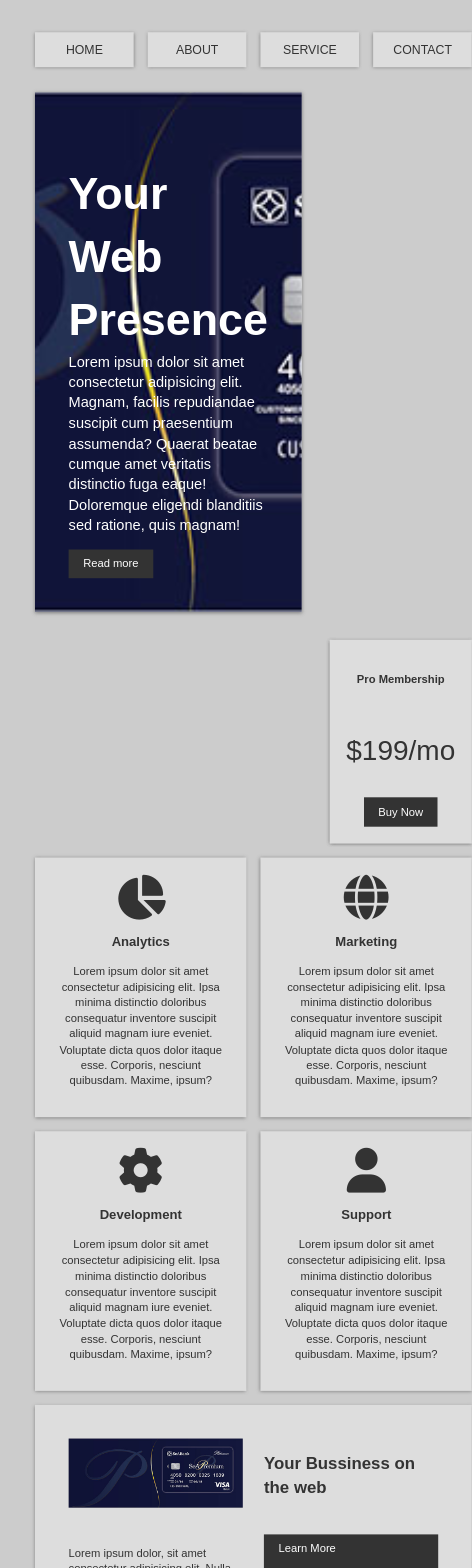
Repository: 1813404040072/grid-demo
Page: index.html
These files come from the project's save history. The page is drawn as it stood at one moment and after a run of saves; the edit follows.
The browser window is 600 px wide. The page is 674 px wide, then 600 px, so the pictures cover 674 px, including what lies to the right of the window. The pictures show the part of the page from y = 0 to 2240 px (the page is 3194 px tall before and 3663 px after), at 70% of full size.
Some web libraries are served in a nearby version.

Above is the page before, as saved 2019-12-25 01:18:43.

### index.html
<!DOCTYPE html>
<html lang="en">
<head>
    <meta charset="UTF-8">
    <meta name="viewport" content="width=device-width, initial-scale=1.0">
    <meta http-equiv="X-UA-Compatible" content="ie=edge">
    <title>GridBiz</title>
    <script src="https://kit.fontawesome.com/a076d05399.js"></script>
    <link rel="stylesheet" href="style.css"/>
</head>
<body>
    <div class="wrapper">
        <!-- Navigation -->
        <nav class="main-nav">
            <ul>
                <li><a href="#">Home</a></li>
                <li><a href="#">About</a></li>
                <li><a href="#">Service</a></li>
                <li><a href="#">Contact</a></li>
            </ul>
        </nav>
        <!-- Top container -->
        <section class="top-container">
            <header class="showcase">
                <h1>Your Web Presence</h1>
                <p>Lorem ipsum dolor sit amet consectetur adipisicing elit. Magnam, facilis repudiandae suscipit cum praesentium assumenda? Quaerat beatae cumque amet veritatis distinctio fuga eaque! Doloremque eligendi blanditiis sed ratione, quis magnam!</p>
                <a href="#" class="btn">Read more</a>
            </header>
            <div class="top-box top-box-a">
                <h4>Membership</h4>
                <p class="price">$199/mo</p>
                <a href="#"class="btn">Buy Now</a>
            </div>
            <div class="top-box top-box-b">
                <h4>Pro Membership</h4>
                <p class="price">$199/mo</p>
                <a href="#"class="btn">Buy Now</a>
            </div>
        </section>

        <!-- Boxes Section -->
        <section class="boxes">
            <div class="box">
                <i class="fas fa-chart-pie fa-4x"></i>
                <h3>Analytics</h3>
                <p>
                    Lorem ipsum dolor sit amet consectetur adipisicing elit. Ipsa minima distinctio doloribus consequatur inventore suscipit aliquid magnam iure eveniet. Voluptate dicta quos dolor itaque esse. Corporis, nesciunt quibusdam. Maxime, ipsum?
                </p>
            </div>
            <div class="box">
                <i class="fas fa-globe fa-4x"></i>
                <h3>Marketing</h3>
                <p>
                    Lorem ipsum dolor sit amet consectetur adipisicing elit. Ipsa minima distinctio doloribus consequatur inventore suscipit aliquid magnam iure eveniet. Voluptate dicta quos dolor itaque esse. Corporis, nesciunt quibusdam. Maxime, ipsum?
                </p>
            </div>
            <div class="box">
                <i class="fas fa-cog fa-4x"></i>
                <h3>Development</h3>
                <p>
                    Lorem ipsum dolor sit amet consectetur adipisicing elit. Ipsa minima distinctio doloribus consequatur inventore suscipit aliquid magnam iure eveniet. Voluptate dicta quos dolor itaque esse. Corporis, nesciunt quibusdam. Maxime, ipsum?
                </p>
            </div>
            <div class="box">
                <i class="fas fa-user fa-4x"></i>
                <h3>Support</h3>
                <p>
                    Lorem ipsum dolor sit amet consectetur adipisicing elit. Ipsa minima distinctio doloribus consequatur inventore suscipit aliquid magnam iure eveniet. Voluptate dicta quos dolor itaque esse. Corporis, nesciunt quibusdam. Maxime, ipsum?
                </p>
            </div>
        </section>
        <!-- Info Section -->
        <section class="info">
            <img src="img/pic1.jpg" alt="">
            <h2>Your Bussiness on the web</h2>
            <p>Lorem ipsum dolor, sit amet consectetur adipisicing elit. Nulla dolore ipsum hic maxime laboriosam accusantium quisquam blanditiis ipsa incidunt possimus! Id distinctio optio vitae consequuntur iste mollitia esse nisi eius?</p>
            <a href="#" class="btn">Learn More</a>
        </section>


        <!-- Portfolio -->
        <section class="portfolio">
            <img src="https://source.unsplash.com/random/200x200" alt="">
            <img src="https://source.unsplash.com/random/200x200" alt="">
            <img src="https://source.unsplash.com/random/200x200" alt="">
            <img src="https://source.unsplash.com/random/200x200" alt="">
            <img src="https://source.unsplash.com/random/200x200" alt="">
            <img src="https://source.unsplash.com/random/200x200" alt="">
            <img src="https://source.unsplash.com/random/200x200" alt="">
            <img src="https://source.unsplash.com/random/200x200" alt="">
            <img src="https://source.unsplash.com/random/200x200" alt="">
        </section>

        <!-- Footer -->
        <footer>
            <p>GridBiz &copy; 2019</p>
        </footer>

    </div>
    <!-- wrapper Ends -->

</body>
</html>

### style.css
/* CSS Variables */
:root {
    --primary: #ddd;
    --dark: #333;
    --light: #fff;
    --shadow: 0 1px 5px rgba(104, 104, 104, 0.8);
}

html{
    box-sizing: border-box;
    font-family: Arial, Helvetica, sans-serif;
    color: var(--dark);
}

body {
    background: #ccc;
    margin: 30px 50px;
    line-height: 1.4;
}

.btn {
    background-color: var(--dark);
    color: var(--light);
    padding: 0.6rem 1.3rem;
    text-decoration: none;
    border: 0;
}

img {
    max-width: 100%;
}

.wrapper {
    display: grid;
    grid-gap: 20px;
}


/* Mavigation */
.main-nav ul {
    display: grid;
    grid-gap: 20px;
    padding: 0;
    list-style: none;
    grid-template-columns: repeat(4, 1fr);
}

.main-nav a{
    background: var(--primary);
    display: block;
    text-decoration: none;
    padding: 0.8rem;
    text-align: center;
    color: var(--dark);
    text-transform: uppercase;
    font-size: 1.1rem;
    box-shadow: var(--shadow);
}

.main-nav a:hover {
    background: var(--dark);
    color: var(--light);
}

/* Top Container */
.top-container{
    display: grid;
    grid-gap: 20px;
    grid-template-areas:
        'showcase showcase top-box-a'
        'showcase showcase top-box-b';
}

/* Showcase */
.showcase {
    grid-area: showcase;
    min-height: 400px;
    background:url(img/pic1.jpg);
    background-size: cover;
    background-position: center;
    padding:  3rem;
    display: flex;
    flex-direction: column;
    align-items: start;
    justify-content: center;
    box-shadow: var(--shadow);
}

.showcase p {
    font-size: 1.3rem;
    margin-top: 0;
    color: var(--light);
}

.showcase h1{
    font-size: 4rem;
    margin-bottom: 0;
    color: var(--light);
}

/* Top Box */
.top-box {
    background: var(--primary);
    display: grid;
    align-items: center;
    justify-items: center;
    box-shadow: var(--shadow);
    padding: 1.5rem;
}

.top-box .price {
    font-size: 2.5rem;
}

.top-box-a {
    grid-area: top-box-a;
}

.top-box-b {
    grid-area: top-box-b;
}

/* Boxes */
.boxes {
    display: grid;
    grid-gap: 20px;
    grid-template-columns: repeat(auto-fit, minmax(200px, 1fr));
}


.box {
    background: var(--primary);
    text-align: center;
    padding: 1.5rem 2rem;
    box-shadow: var(--shadow);
}

/* Info */
.info {
    background: var(--primary);
    box-shadow: var(--shadow);
    display: grid;
    grid-gap: 30px;
    grid-template-columns: repeat(2, 1fr);
    padding: 3rem;
}

/*  Query media */
@media (max-width: 700px) {
    .top-container {
        grid-template-areas:
        'showcase showcase';
    }
}

After the next 4 saves:
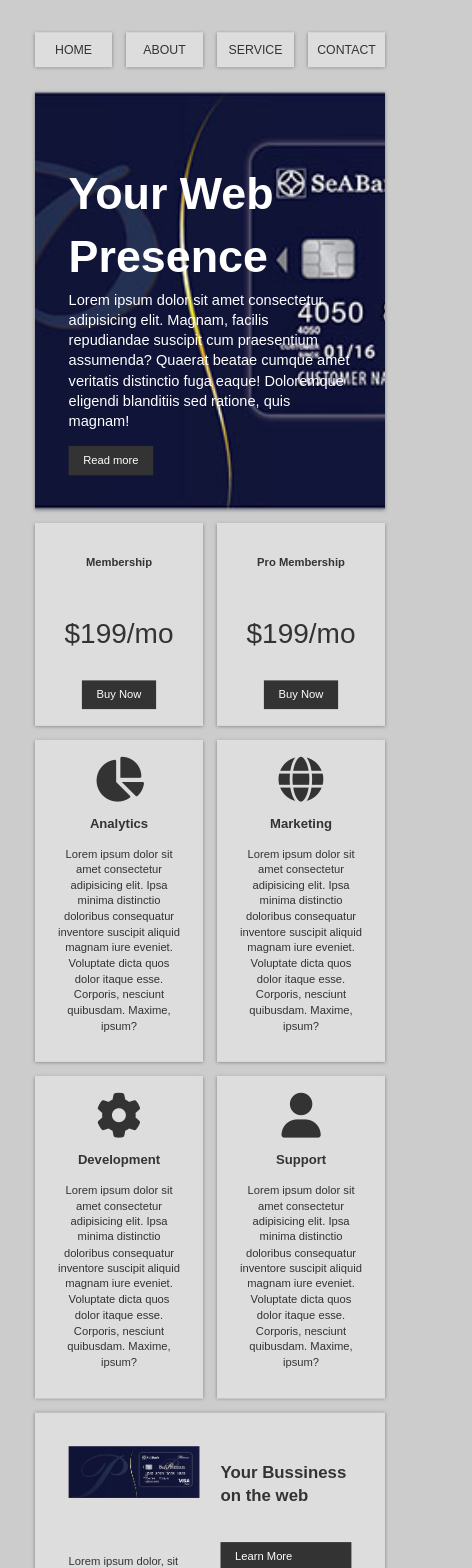
The 4 saves are shown as one change because they came seconds apart.
The last was saved 16 s later.
--- a/style.css
+++ b/style.css
@@ -149,6 +149,7 @@
 @media (max-width: 700px) {
     .top-container {
         grid-template-areas:
-        'showcase showcase';
+        'showcase showcase'
+        'top-box-a top-box-b';
     }
 }
